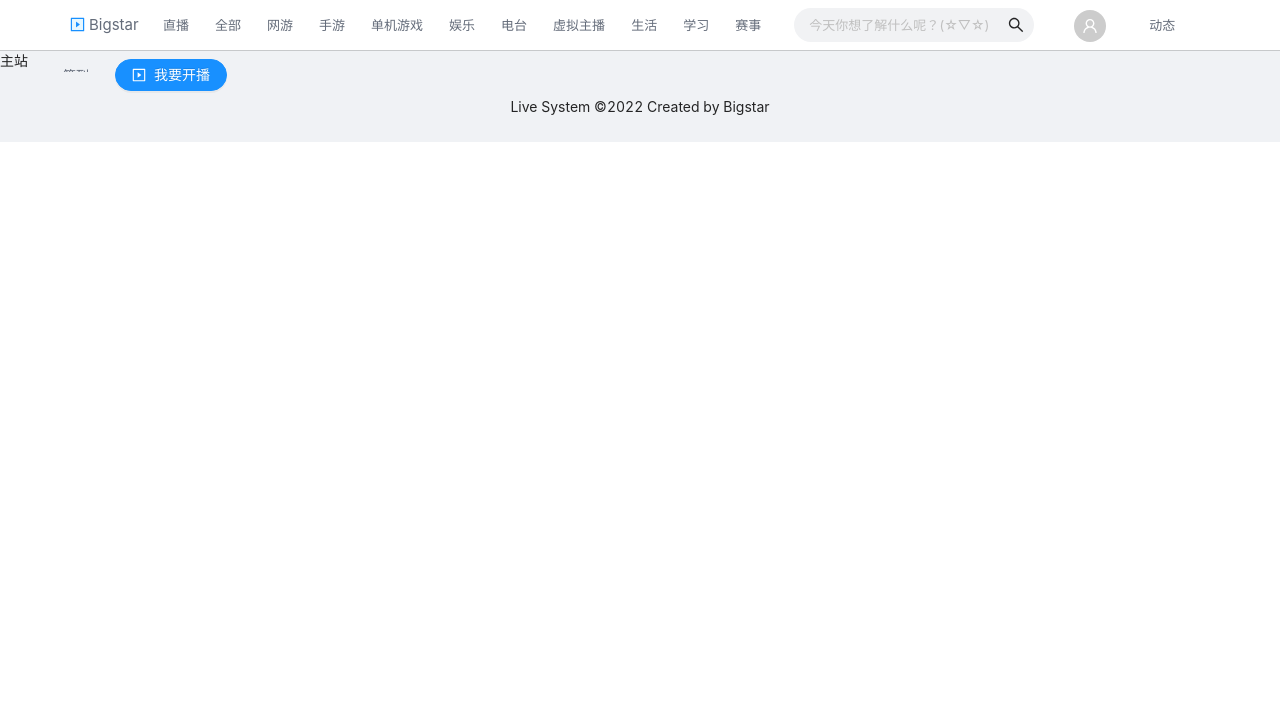
Repository: Bigstar-hyx/webrtc-react
Page: /
An editor plug-in stored every save of this project. The page is shown before and after the next save, followed by the edit.
The browser window is 1280 px wide. The pictures show the whole page.
The project was rebuilt for these pictures with package versions that can differ from the ones it lists, and the page was loaded fresh each time. Also part of the build but not shown: craco.config.js, webpack.config.js, src/pages/live/Index.css, src/pages/live/component/Content/Video/video.css, src/pages/live/component/Content/Video/Video.js, src/pages/live/component/Content/Comments/comments.css, src/pages/live/component/Content/Comments/TalkSend.js, src/pages/live/component/Content/Comments/Talk.js and 7 more.

Above is the page before, as saved 2022-02-19 20:32:15.

After the next save:
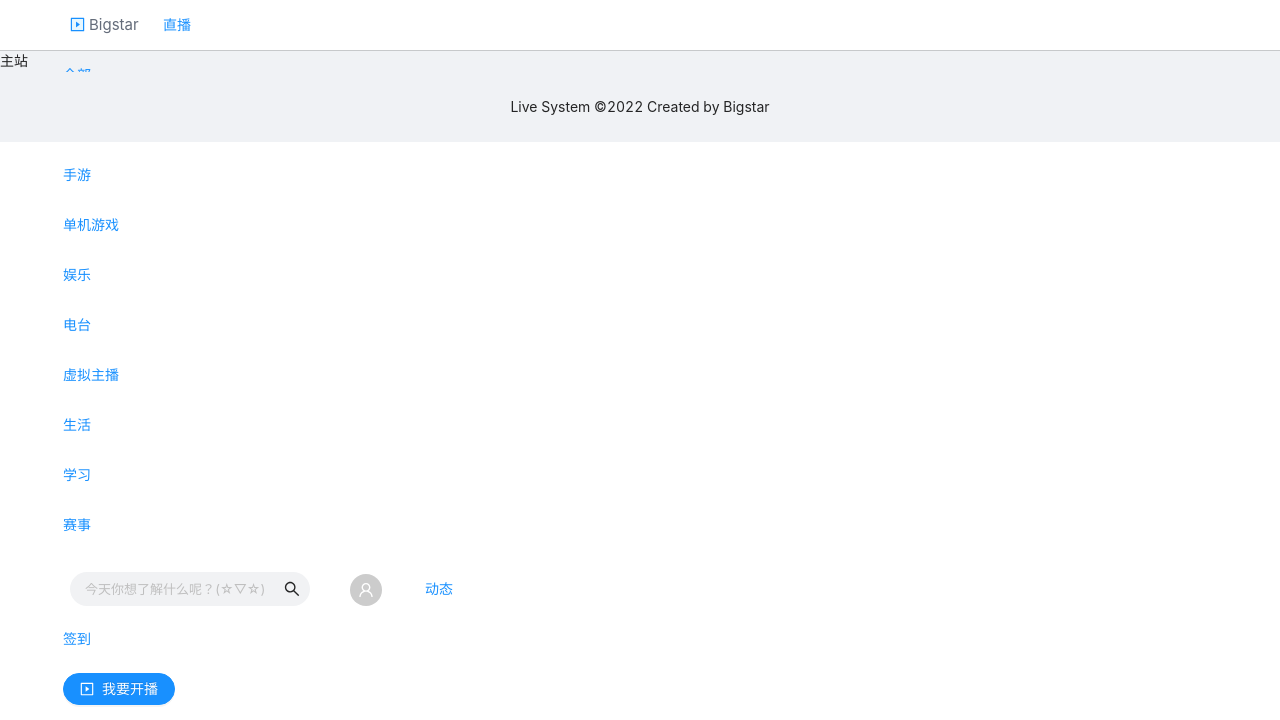
Saved 28 s later.
--- a/src/top/component/top-menu.css
+++ b/src/top/component/top-menu.css
@@ -1,7 +1,7 @@
-ul {
+.top-menu ul {
   margin: auto;
 }
-ul li a {
+.top-menu ul li a {
   float: left;
   color: #646c7a;
   font-size: 13px;

After the save that followed:
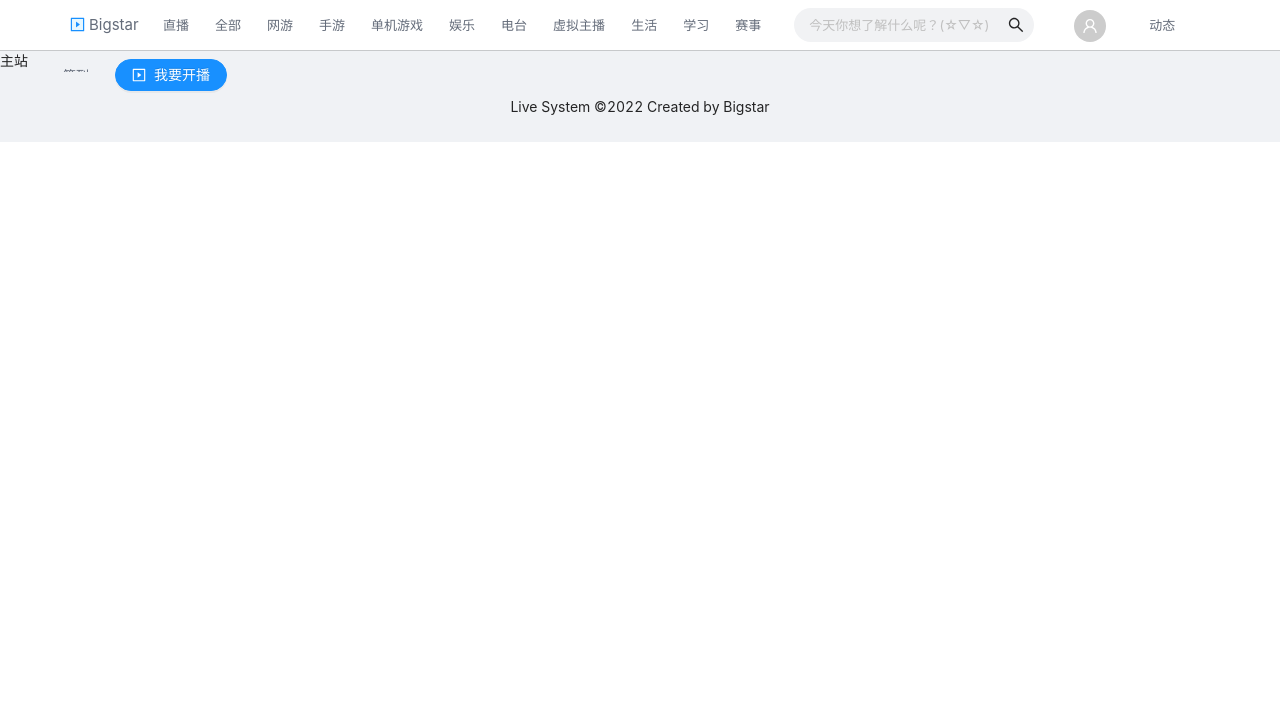
Saved 9 s later.
--- a/src/top/component/top-menu.css
+++ b/src/top/component/top-menu.css
@@ -1,7 +1,7 @@
-.top-menu ul {
+ul {
   margin: auto;
 }
-.top-menu ul li a {
+ul li a {
   float: left;
   color: #646c7a;
   font-size: 13px;
